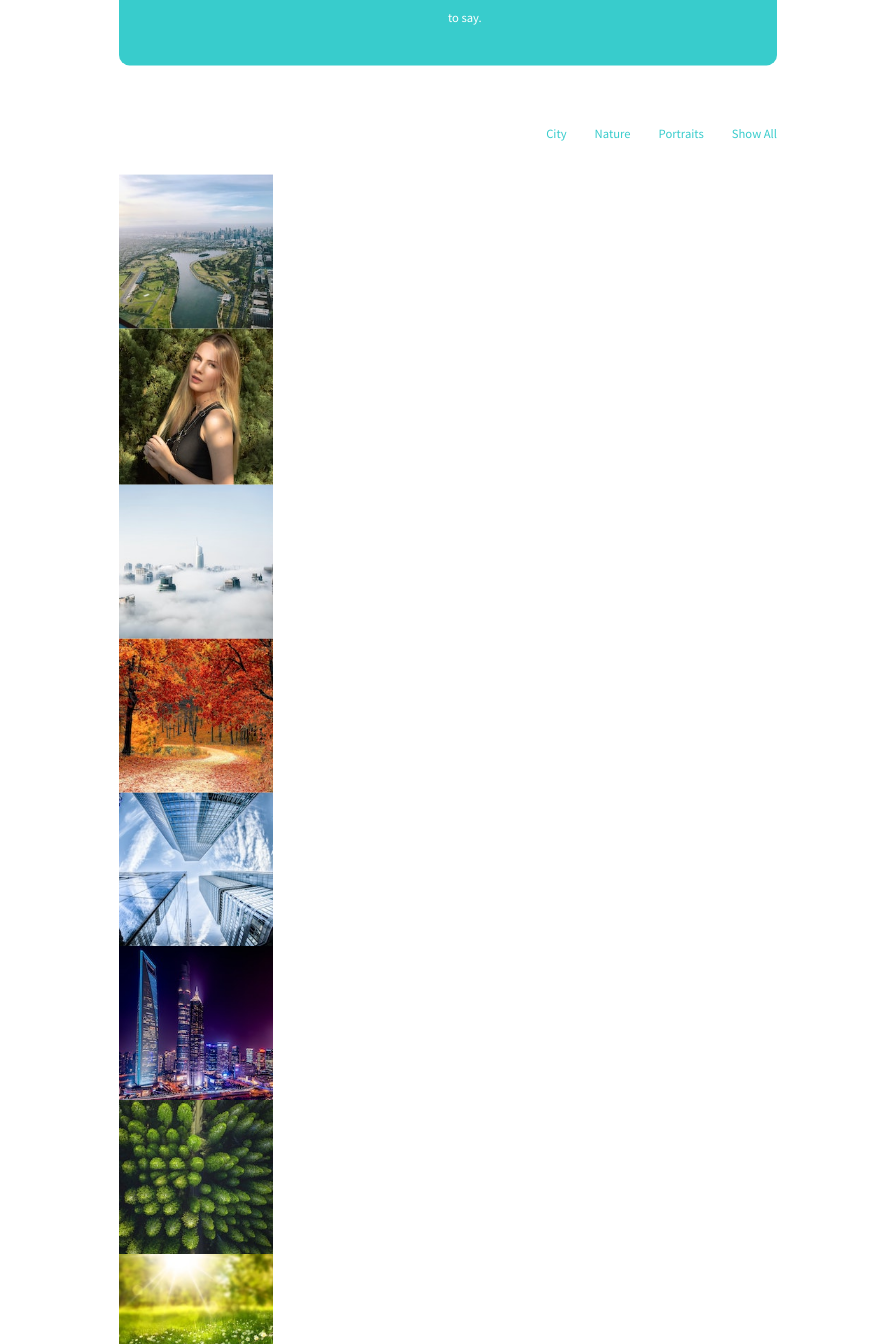
Repository: BuiVanVu102/Tooplate
Page: index.html
The author's editor kept a copy of each file at every save. The page is drawn from the files as they stood at one save, then again after the next save.
The browser window is 1280 px wide. The pictures show the part of the page from y = 968 to 2888 px (the page is 3943 px tall before and 1965 px after), at 70% of full size.
Some web libraries are served in a nearby version. The style sheet was rebuilt from its Sass, Less or Tailwind sources for each picture, by a compiler version that may differ from the author's.

Above is the page before, as saved 2021-11-16 11:17:51.

After the next save:
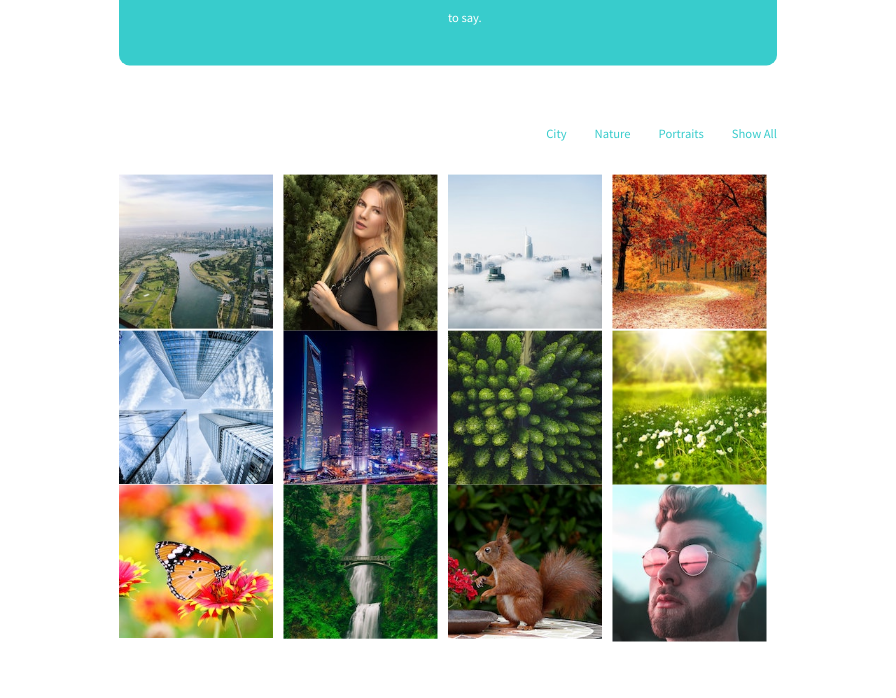
Saved 3 min 8 s later.
--- a/sass/_show.scss
+++ b/sass/_show.scss
@@ -10,6 +10,11 @@
 		margin-bottom: 40px;
 		color: #38CCCC;
 	}
+	&__list {
+		display: grid;
+		grid-template-columns: repeat(4, 1fr);
+	}
+
 }
 
 .menu {
